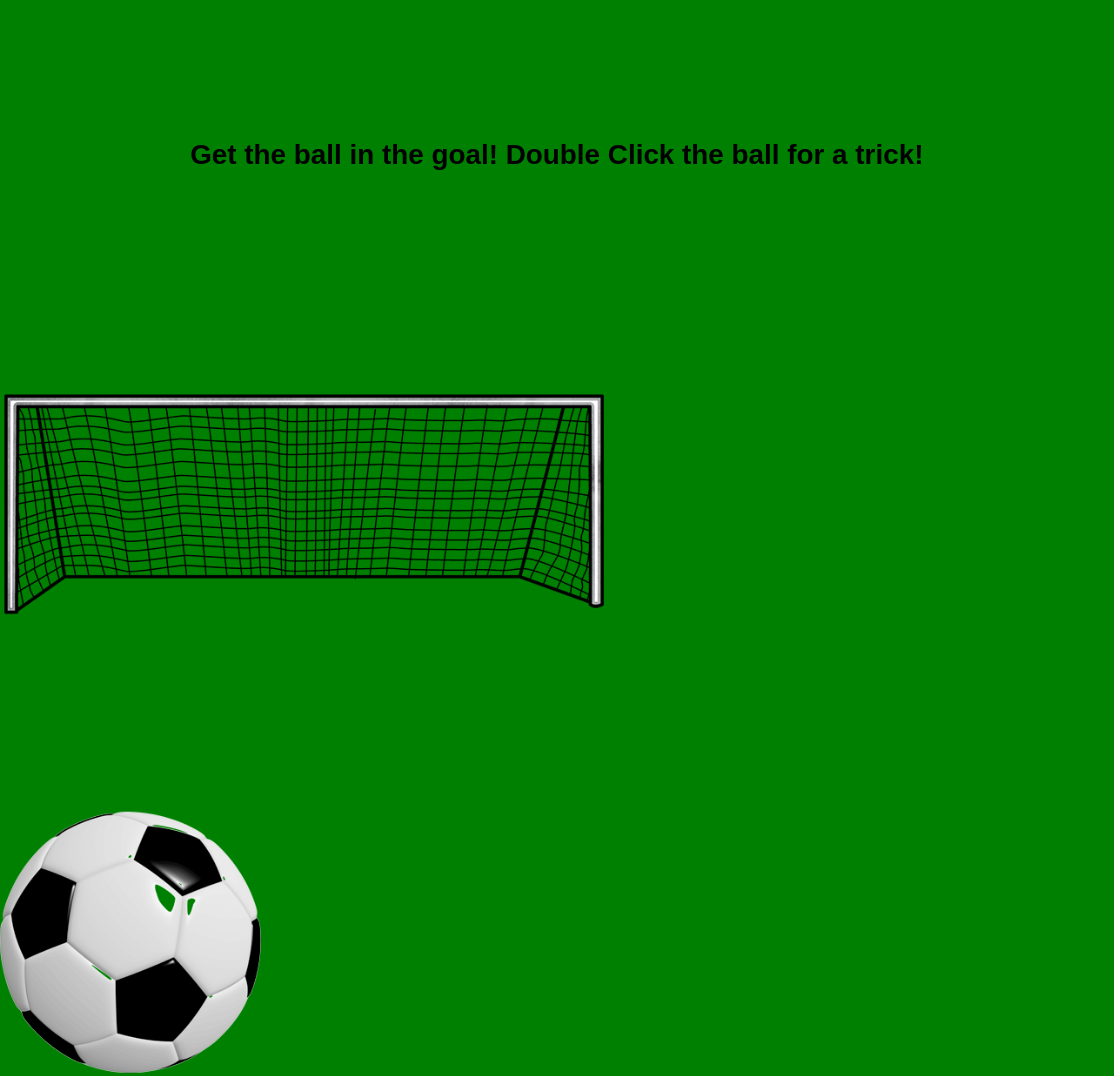
Repository: alexmaddux99/Lab3
Page: mouse-events.html
These files come from the project's save history. The page is drawn as it stood at one moment and after the next save; the edit follows.
The browser window is 1280 px wide. The pictures show the whole page, at 87% of full size.

Above is the page before, as saved 2022-03-06 17:12:02.

### mouse-events.html
<!DOCTYPE html>
<html lang="en">

<head>
    <meta charset="UTF-8">
    <meta http-equiv="X-UA-Compatible" content="IE=edge">
    <meta name="viewport" content="width=device-width, initial-scale=1.0">
    <title>GOAL!</title>
    <style>
        body {
            background-color: green;
            margin:0;
            height:100vh;
        }

        div {
           height: 300px;
           width: 300px;
            transition: transform 1s;

        }

        p {
            margin-top: 10rem;
            text-align: center;
            font: bold 2rem sans-serif;
        }

        img{
            align-items: center;
            object-fit: scale-down;
        }


    </style>
</head>

<body>

    <p>Get the ball in the goal! Double Click the ball for a trick!</p>
    <img src="/images/goal.png" alt="GOAL!">


    <div id="dot" class="ball">
        <img src="/images/soccer.png" alt="Score a Goal!">
    </div>




    <script>
        var dot = document.getElementById('dot');
        document.body.addEventListener('click', (e) => {
            console.log("Client: " , e.clientX , e.clientY)
            console.log("Page: " , e.pageX , e.pageY)
            console.log("Screen: " , e.screenX , e.screenY)
            console.log("Event Object: ", e);
            dot.style.transform = `translateY(${e.clientY - 25}px)`;
            dot.style.transform += `translateX(${e.clientX - 25}px)`;
            dot.style.opacity = 1;
        }, false);
    </script>
</body>

</html>

After the next save:
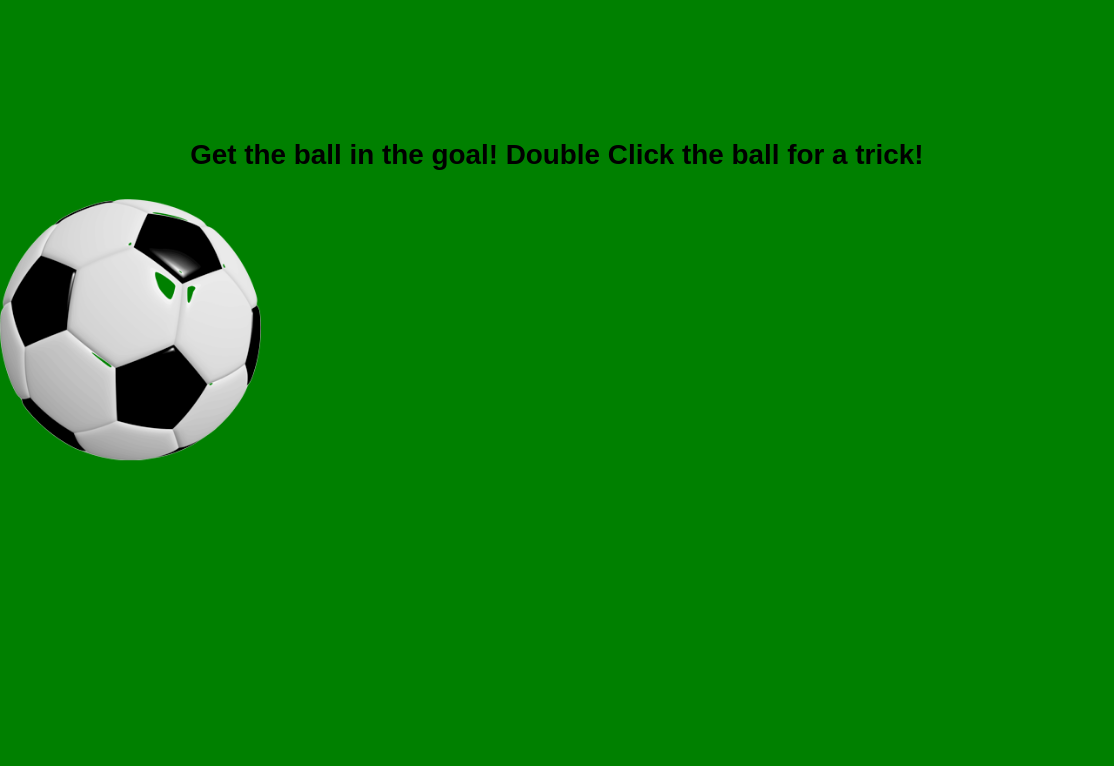
Saved 58 s later.
--- a/mouse-events.html
+++ b/mouse-events.html
@@ -27,7 +27,6 @@
         }
 
         img{
-            align-items: center;
             object-fit: scale-down;
         }
 
@@ -38,7 +37,6 @@
 <body>
 
     <p>Get the ball in the goal! Double Click the ball for a trick!</p>
-    <img src="/images/goal.png" alt="GOAL!">
 
 
     <div id="dot" class="ball">

After the save that followed:
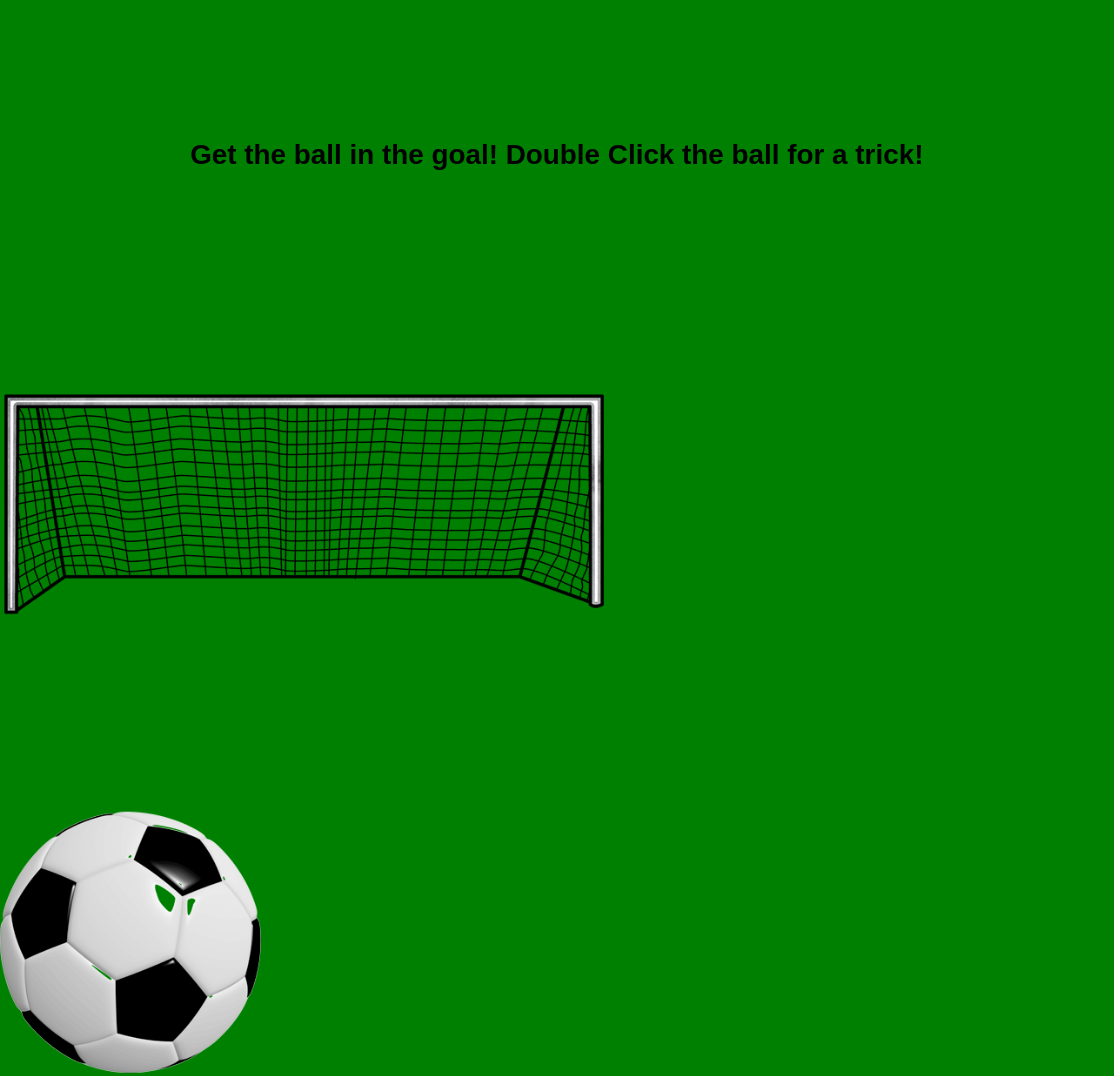
Saved 63 s later.
--- a/mouse-events.html
+++ b/mouse-events.html
@@ -38,6 +38,7 @@
 
     <p>Get the ball in the goal! Double Click the ball for a trick!</p>
 
+    <img src="/images/goal.png" alt="GOAL!">
 
     <div id="dot" class="ball">
         <img src="/images/soccer.png" alt="Score a Goal!">
